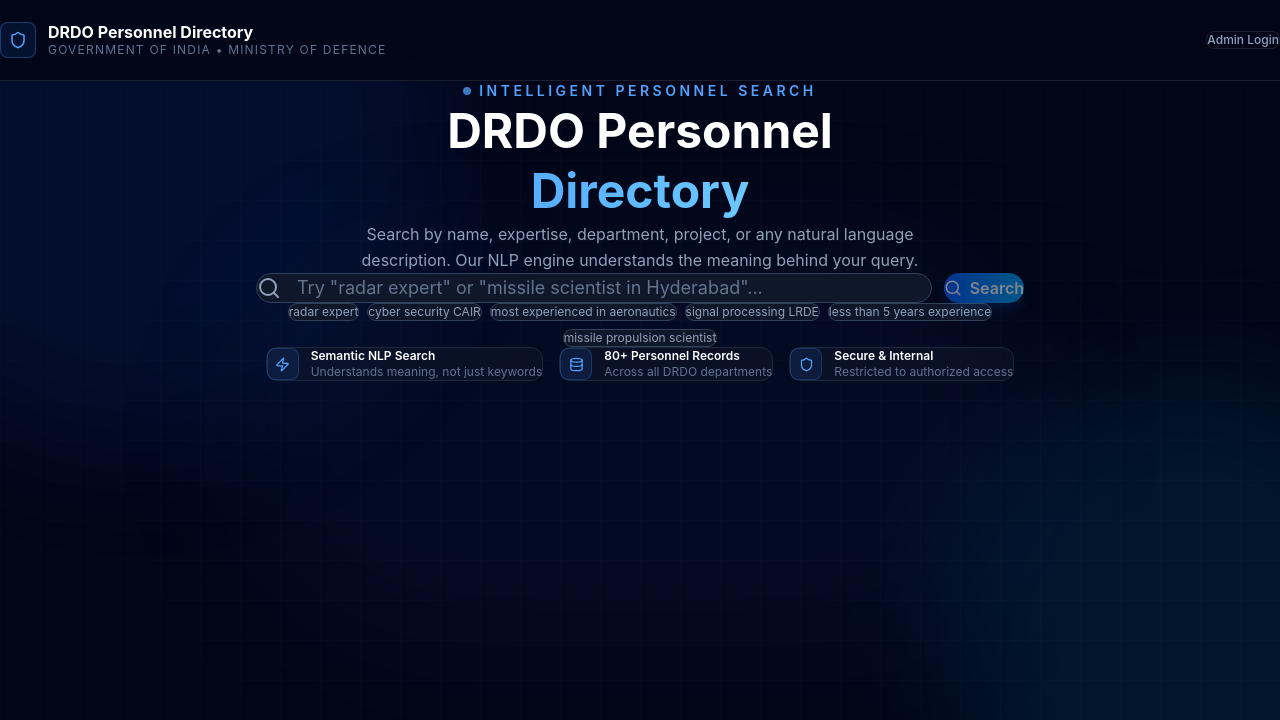
Repository: Mandeepigdtuw/DRDO-Directory
Page: / (app in frontend/)
These files come from the project's save history. The page is drawn as it stood at one moment and after the next save; the edit follows.
The browser window is 1280 px wide. The pictures show the whole page.
The project was rebuilt for these pictures with package versions that can differ from the ones it lists, and the page was loaded fresh each time. Also part of the build but not shown: frontend/vite.config.js, frontend/src/components/PersonnelCard.jsx, frontend/src/components/ProfileModal.jsx, frontend/src/pages/AdminLogin.jsx, frontend/src/pages/AdminDashboard.jsx, frontend/src/pages/ManagePersonnel.jsx, frontend/src/pages/AddPersonnel.jsx, frontend/src/pages/EditPersonnel.jsx and 2 more.

Above is the page before, as saved 2026-07-23 02:49:36.

### frontend/src/index.css
@import "tailwindcss";
@tailwind base;
@tailwind components;
@tailwind utilities;

* {
  margin: 0;
  padding: 0;
  box-sizing: border-box;
}

body {
  font-family: 'Inter', sans-serif;
  background-color: #0f172a;
  color: #e2e8f0;
}

### frontend/src/App.jsx
// src/App.jsx
import { BrowserRouter, Routes, Route, Navigate } from 'react-router-dom'
import SearchPage from './pages/SearchPage'
import AdminLogin from './pages/AdminLogin'
import AdminDashboard from './pages/AdminDashboard'
import ManagePersonnel from './pages/ManagePersonnel'
import AddPersonnel from './pages/AddPersonnel'
import EditPersonnel from './pages/EditPersonnel'
import AnalyticsDashboard from './pages/AnalyticsDashboard'
import ProtectedRoute from './components/ProtectedRoute'

export default function App() {
  return (
    <BrowserRouter>
      <Routes>
        {/* User Side - Public */}
        <Route path="/" element={<SearchPage />} />

        {/* Admin Login - Public */}
        <Route path="/admin/login" element={<AdminLogin />} />

        {/* Admin Side - Protected (need JWT token) */}
        <Route path="/admin" element={<ProtectedRoute />}>
          <Route path="dashboard" element={<AdminDashboard />} />
          <Route path="personnel" element={<ManagePersonnel />} />
          <Route path="personnel/add" element={<AddPersonnel />} />
          <Route path="personnel/edit/:employee_id" element={<EditPersonnel />} />
          <Route path="analytics" element={<AnalyticsDashboard />} />
        </Route>

        {/* Catch all unknown URLs → redirect to home */}
        <Route path="*" element={<Navigate to="/" />} />
      </Routes>
    </BrowserRouter>
  )
}

### frontend/src/pages/SearchPage.jsx
// src/pages/SearchPage.jsx
import { useState } from 'react'
import { Search, Loader2, Zap, Shield, Database } from 'lucide-react'
import Navbar from '../components/Navbar'
import PersonnelCard from '../components/PersonnelCard'
import ProfileModal from '../components/ProfileModal'
import { searchPersonnel, getAllPersonnelPublic } from '../services/api'

export default function SearchPage() {
  const [query, setQuery] = useState('')
  const [results, setResults] = useState([])
  const [loading, setLoading] = useState(false)
  const [searched, setSearched] = useState(false)
  const [selectedPerson, setSelectedPerson] = useState(null)
  const [error, setError] = useState('')

  const isExperienceQuery = (q) => {
    const lower = q.toLowerCase()
    return (
      lower.includes('maximum experience') ||
      lower.includes('most experience') ||
      lower.includes('most experienced') ||
      lower.includes('maximum years') ||
      lower.includes('highest experience') ||
      lower.includes('senior most') ||
      lower.includes('most senior') ||
      lower.includes('experienced scientist') ||
      lower.includes('experienced engineer')
    )
  }

  const isMinExperienceQuery = (q) => {
    const lower = q.toLowerCase()
    return (
      lower.includes('less than') ||
      lower.includes('fewer than') ||
      lower.includes('under') ||
      lower.includes('below') ||
      lower.includes('least experience') ||
      lower.includes('minimum experience') ||
      lower.includes('least experienced') ||
      lower.includes('junior') ||
      lower.includes('entry level') ||
      lower.includes('fresher') ||
      lower.includes('newest') ||
      lower.includes('youngest')
    )
  }

  const extractNumber = (q) => {
    const match = q.match(/\d+/)
    return match ? parseInt(match[0]) : null
  }

  const hasDomainContext = (q) => {
    const experienceWords = [
      'most', 'maximum', 'highest', 'senior', 'experienced',
      'scientist', 'engineer', 'in', 'the', 'field', 'of', 'with'
    ]
    const words = q.toLowerCase().split(' ')
    const domainWords = words.filter(w => w.length > 2 && !experienceWords.includes(w))
    return domainWords.length > 0
  }

  const handleSearch = async () => {
    if (!query.trim()) return
    setLoading(true)
    setError('')
    setSearched(false)

    try {
      let data = []

      if (isMinExperienceQuery(query)) {
        const response = await getAllPersonnelPublic()
        let all = [...response.data.results]
        const num = extractNumber(query)
        if (num !== null) all = all.filter(p => p.years_of_experience < num)
        data = all.sort((a, b) => a.years_of_experience - b.years_of_experience)
          .map((p, i) => ({ ...p, relevance_score: Math.max(0.99 - i * 0.01, 0.1) }))

      } else if (isExperienceQuery(query) && hasDomainContext(query)) {
        const response = await searchPersonnel(query + '&top_k=30')
        data = [...response.data.results]
          .sort((a, b) => b.years_of_experience - a.years_of_experience)
          .slice(0, 10)
          .map((p, i) => ({ ...p, relevance_score: Math.max(0.99 - i * 0.02, 0.1) }))

      } else if (isExperienceQuery(query)) {
        const response = await getAllPersonnelPublic()
        data = [...response.data.results]
          .sort((a, b) => b.years_of_experience - a.years_of_experience)
          .map((p, i) => ({ ...p, relevance_score: Math.max(0.99 - i * 0.01, 0.1) }))

      } else {
        const response = await searchPersonnel(query)
        data = response.data.results
      }

      setResults(data)
      setSearched(true)
    } catch (err) {
      setError('Search failed. Please make sure the backend server is running.')
    } finally {
      setLoading(false)
    }
  }

  const handleKeyDown = (e) => {
    if (e.key === 'Enter') handleSearch()
  }

  const hints = [
    'radar expert',
    'cyber security CAIR',
    'most experienced in aeronautics',
    'signal processing LRDE',
    'less than 5 years experience',
    'missile propulsion scientist',
  ]

  const features = [
    { icon: Zap, label: 'Semantic NLP Search', desc: 'Understands meaning, not just keywords' },
    { icon: Database, label: '80+ Personnel Records', desc: 'Across all DRDO departments' },
    { icon: Shield, label: 'Secure & Internal', desc: 'Restricted to authorized access' },
  ]

  return (
    <div className="min-h-screen bg-slate-950 text-white">

      {/* Background */}
      <div className="pointer-events-none fixed inset-0 z-0">
        <div className="absolute -left-40 -top-40 h-[600px] w-[600px] rounded-full bg-blue-600/10 blur-3xl" />
        <div className="absolute -bottom-40 -right-40 h-[500px] w-[500px] rounded-full bg-sky-500/10 blur-3xl" />
        <div className="absolute top-1/3 left-1/2 -translate-x-1/2 h-[400px] w-[800px] rounded-full bg-blue-900/10 blur-3xl" />
        <div
          className="absolute inset-0 opacity-[0.025]"
          style={{
            backgroundImage: 'linear-gradient(rgba(255,255,255,0.5) 1px, transparent 1px), linear-gradient(90deg, rgba(255,255,255,0.5) 1px, transparent 1px)',
            backgroundSize: '40px 40px',
          }}
        />
      </div>

      <div className="relative z-10 flex flex-col min-h-screen">
        <Navbar isAdmin={false} />

        {/* Hero Section */}
        <div className="flex flex-col items-center justify-center px-6 pt-24 pb-16">

          {/* Badge */}
          <div className="flex items-center gap-2 mb-6">
            <div className="w-2 h-2 rounded-full bg-blue-400 animate-pulse" />
            <span className="text-blue-400 text-sm font-semibold uppercase tracking-[0.25em]">
              Intelligent Personnel Search
            </span>
          </div>

          {/* Title */}
          <h1 className="text-5xl sm:text-4l lg:text-2l font-bold text-white text-center leading-tight mb-5">
            DRDO Personnel
            <span className="block text-transparent bg-clip-text bg-gradient-to-r from-blue-400 to-sky-300">
              Directory
            </span>
          </h1>

          {/* Subtitle */}
          <p className="text-slate-400 text-center text-base sm:text-md max-w-xl leading-relaxed mb-10">
            Search by name, expertise, department, project, or any natural language description.
            Our NLP engine understands the meaning behind your query.
          </p>

          {/* Search Bar */}
          <div className="w-full max-w-3xl flex gap-3 mb-6">
            <div className="flex-1 flex items-center bg-slate-900 border border-slate-700 hover:border-slate-500 focus-within:border-blue-500 focus-within:ring-4 focus-within:ring-blue-500/10 rounded-2xl px-5 gap-4 transition-xl">
              <Search className="text-slate-400 shrink-0" size={24} />
              <input
                type="text"
                value={query}
                onChange={(e) => setQuery(e.target.value)}
                onKeyDown={handleKeyDown}
                placeholder='Try "radar expert" or "missile scientist in Hyderabad"...'
                className="flex-1 bg-transparent text-white py-6 outline-none placeholder-slate-500 text-lg"
              />
              {query && (
                <button
                  onClick={() => { setQuery(''); setResults([]); setSearched(false) }}
                  className="text-slate-500 hover:text-white transition text-2xl leading-none shrink-0"
                >
                  ×
                </button>
              )}
            </div>
            <button
              onClick={handleSearch}
              disabled={loading || !query.trim()}
              className="flex items-center gap-2 bg-gradient-to-r from-blue-600 to-sky-500 hover:opacity-90 disabled:opacity-50 disabled:cursor-not-allowed text-white px-8 rounded-2xl font-semibold text-base shadow-lg shadow-blue-500/20 transition whitespace-nowrap"
            >
              {loading
                ? <Loader2 size={20} className="animate-spin" />
                : <Search size={18} />}
              {loading ? 'Searching...' : 'Search'}
            </button>
          </div>

          {/* Hint chips */}
          <div className="flex flex-wrap gap-2 justify-center max-w-3xl mb-12">
            {hints.map((hint) => (
              <button
                key={hint}
                onClick={() => setQuery(hint)}
                className="text-xs text-slate-400 hover:text-blue-300 bg-slate-900 hover:bg-slate-800 border border-slate-700 hover:border-blue-500/40 px-4 py-2 rounded-full transition-all"
              >
                {hint}
              </button>
            ))}
          </div>

          {/* Feature badges — shown only when no search done */}
          {!searched && (
            <div className="flex flex-wrap gap-4 justify-center">
              {features.map((f) => (
                <div key={f.label} className="flex items-center gap-3 bg-slate-900/60 border border-slate-800 rounded-xl px-5 py-3">
                  <div className="flex h-8 w-8 items-center justify-center rounded-lg bg-blue-500/10 border border-blue-400/20">
                    <f.icon size={15} className="text-blue-400" />
                  </div>
                  <div>
                    <p className="text-white text-xs font-semibold">{f.label}</p>
                    <p className="text-slate-500 text-xs">{f.desc}</p>
                  </div>
                </div>
              ))}
            </div>
          )}
        </div>

        {/* Results Section */}
        <div className="flex-1 w-full px-6 sm:px-10 lg:px-16 pb-16">

          {error && (
            <div className="text-red-400 bg-red-400/10 border border-red-400/20 rounded-xl p-4 text-center mb-6 text-sm max-w-3xl mx-auto">
              {error}
            </div>
          )}

          {searched && (
            <div className="flex items-center justify-between mb-6 max-w-7xl mx-auto">
              <p className="text-slate-400 text-sm">
                {results.length > 0
                  ? <span><span className="text-white font-semibold">{results.length}</span> results for <span className="text-blue-400">"{query}"</span> — ranked by relevance</span>
                  : <span>No results found for <span className="text-blue-400">"{query}"</span></span>
                }
              </p>
            </div>
          )}

          {results.length > 0 && (
            <div className="grid grid-cols-1 md:grid-cols-2 xl:grid-cols-3 gap-4 max-w-7xl mx-auto">
              {results.map((person, index) => (
                <PersonnelCard
                  key={person.employee_id}
                  person={person}
                  rank={index + 1}
                  onClick={() => setSelectedPerson(person)}
                />
              ))}
            </div>
          )}

          {searched && results.length === 0 && (
            <div className="text-center py-20 text-slate-500">
              <Search size={52} className="mx-auto mb-5 opacity-20" />
              <p className="text-xl font-medium text-slate-400 mb-2">No personnel found</p>
              <p className="text-sm">Try different keywords or a broader description</p>
            </div>
          )}
        </div>
      </div>

      {selectedPerson && (
        <ProfileModal
          person={selectedPerson}
          onClose={() => setSelectedPerson(null)}
        />
      )}
    </div>
  )
}

### frontend/src/components/Navbar.jsx
// src/components/Navbar.jsx
import { Link, useNavigate, useLocation } from 'react-router-dom'
import { Shield, LogOut, Users, BarChart2, Plus, Search } from 'lucide-react'

export default function Navbar({ isAdmin = false }) {
  const navigate = useNavigate()
  const location = useLocation()

  const handleLogout = () => {
    localStorage.removeItem('admin_token')
    navigate('/admin/login')
  }

  const isActive = (path) =>
    location.pathname === path ||
    location.pathname.startsWith(path + '/')

  if (!isAdmin) {
    return (
      <nav className="w-full border-b border-white/10 bg-slate-950/90 backdrop-blur-xl">
        <div className="flex h-20 w-full items-center justify-between px-6 sm:px-10 lg:px-16">
          <div className="flex items-center gap-3">
            <div className="flex h-9 w-9 items-center justify-center rounded-lg border border-blue-400/30 bg-blue-500/10">
              <Shield size={18} className="text-blue-400" />
            </div>
            <div>
              <p className="text-base font-bold text-white leading-tight">
                DRDO Personnel Directory
              </p>
              <p className="text-xs uppercase tracking-widest text-slate-500">
                Government of India • Ministry of Defence
              </p>
            </div>
          </div>
          <Link
            to="/admin/login"
            className="text-xs font-medium text-slate-400 hover:text-blue-400 transition border border-white/10 hover:border-blue-400/30 px-4 py-2 rounded-lg"
          >
            Admin Login
          </Link>
        </div>
      </nav>
    )
  }

  const navLinks = [
    { to: '/admin/dashboard', label: 'Dashboard', icon: Shield },
    { to: '/admin/personnel', label: 'Personnel', icon: Users },
    { to: '/admin/personnel/add', label: 'Add', icon: Plus },
    { to: '/admin/analytics', label: 'Analytics', icon: BarChart2 },
  ]

  return (
    <nav className="w-full border-b border-white/10 bg-slate-950/90 backdrop-blur-xl">
      <div className="flex h-20 w-full items-center justify-between px-6 sm:px-10 lg:px-16">

        {/* Left — Branding */}
        <div className="flex items-center gap-3 shrink-0">
          <div className="flex h-9 w-9 items-center justify-center rounded-lg border border-blue-400/30 bg-blue-500/10">
            <Shield size={18} className="text-blue-400" />
          </div>
          <div className="hidden sm:block">
            <p className="text-sm font-bold text-white leading-tight">DRDO Admin</p>
            <p className="text-[10px] uppercase tracking-widest text-slate-500">
              Personnel Directory
            </p>
          </div>
        </div>

        {/* Center — Nav Links */}
        <div className="flex items-center gap-1">
          <Link
            to="/"
            className="flex items-center gap-2 px-4 py-2 rounded-lg text-sm font-medium text-slate-400 hover:text-white hover:bg-white/5 transition"
          >
            <Search size={16} />
            <span className="hidden sm:block">Search</span>
          </Link>

          {navLinks.map((link) => {
            const active = isActive(link.to)
            return (
              <Link
                key={link.to}
                to={link.to}
                className={
                  'flex items-center gap-2 px-4 py-2 rounded-lg text-sm font-medium transition ' +
                  (active
                    ? 'bg-blue-500/15 text-blue-400 border border-blue-400/20'
                    : 'text-slate-400 hover:text-white hover:bg-white/5')
                }
              >
                <link.icon size={16} />
                <span className="hidden sm:block">{link.label}</span>
              </Link>
            )
          })}
        </div>

        {/* Right — Logout */}
        <button
          onClick={handleLogout}
          className="flex items-center gap-2 px-4 py-2 rounded-lg text-sm font-medium text-slate-400 hover:text-red-400 hover:bg-red-400/5 border border-transparent hover:border-red-400/20 transition shrink-0"
        >
          <LogOut size={16} />
          <span className="hidden sm:block">Logout</span>
        </button>

      </div>
    </nav>
  )
}

### frontend/src/services/api.js
// src/services/api.js
import axios from 'axios'

const BASE_URL = 'http://localhost:8000'

// Create axios instance pointing to our backend
const api = axios.create({
  baseURL: BASE_URL,
})

// Automatically attach JWT token to every request if it exists
api.interceptors.request.use((config) => {
  const token = localStorage.getItem('admin_token')
  if (token) {
    config.headers.Authorization = `Bearer ${token}`
  }
  return config
})

// ─── AUTH ────────────────────────────────────────
export const loginAdmin = (username, password) =>
  api.post('/auth/login', { username, password })

// ─── SEARCH ──────────────────────────────────────
export const searchPersonnel = (query) =>
  api.get(`/search/?q=${encodeURIComponent(query)}`)


// ─── ADMIN PERSONNEL ─────────────────────────────
export const getAllPersonnel = () =>
  api.get('/admin/personnel')

export const getPersonById = (employee_id) =>
  api.get(`/admin/personnel/${employee_id}`)

export const addPersonnel = (data) =>
  api.post('/admin/personnel', data)

export const updatePersonnel = (employee_id, data) =>
  api.put(`/admin/personnel/${employee_id}`, data)

export const deletePersonnel = (employee_id) =>
  api.delete(`/admin/personnel/${employee_id}`)

// ─── ANALYTICS ───────────────────────────────────
export const getAnalyticsSummary = () =>
  api.get('/admin/analytics/summary')

export const getTopSearches = () =>
  api.get('/admin/analytics/top-searches')

export const getSearchTrends = () =>
  api.get('/admin/analytics/trends')

export const getDepartmentStats = () =>
  api.get('/admin/analytics/department-stats')

export const getZeroResults = () =>
  api.get('/admin/analytics/zero-results')

// Add this to the bottom of src/services/api.js
export const getAllPersonnelPublic = () =>
  api.get('/search/all')

Loaded but not shown: frontend/src/main.jsx (common file)

After the next save:
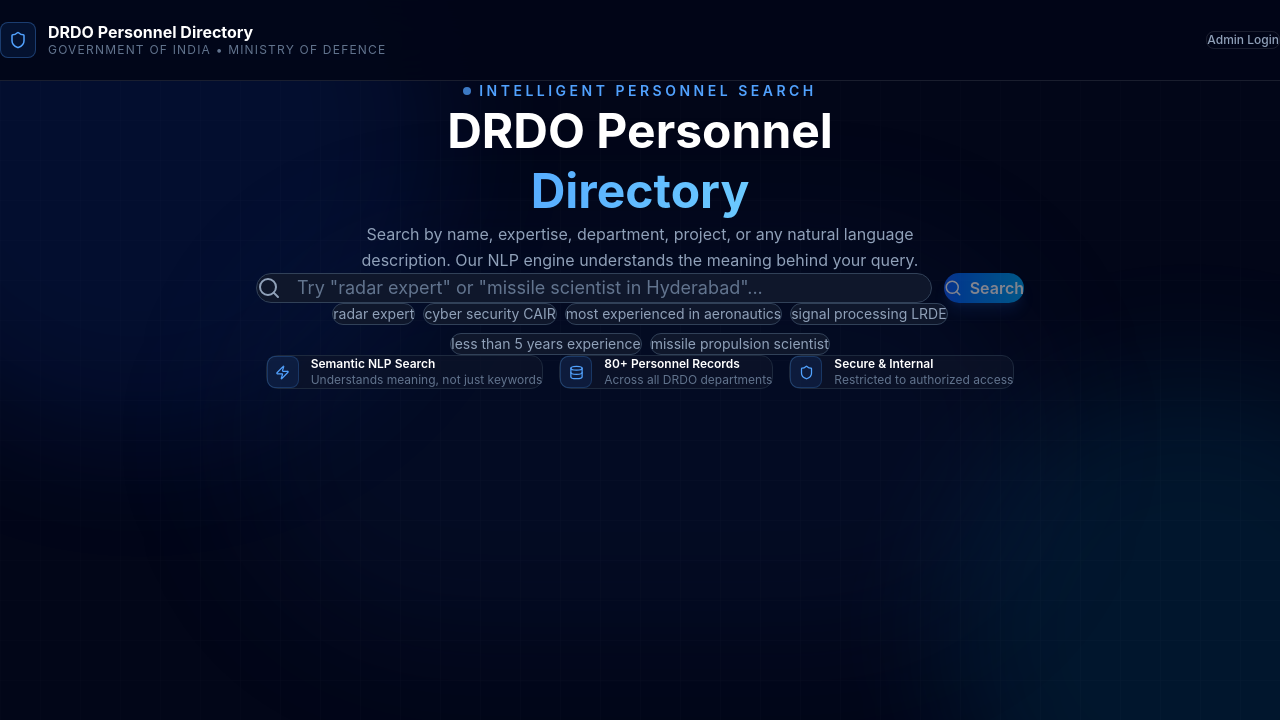
Saved 3 min 25 s later.
--- a/frontend/src/pages/SearchPage.jsx
+++ b/frontend/src/pages/SearchPage.jsx
@@ -209,7 +209,7 @@
               <button
                 key={hint}
                 onClick={() => setQuery(hint)}
-                className="text-xs text-slate-400 hover:text-blue-300 bg-slate-900 hover:bg-slate-800 border border-slate-700 hover:border-blue-500/40 px-4 py-2 rounded-full transition-all"
+                className="text-sm text-slate-400 hover:text-blue-300 bg-slate-900 hover:bg-slate-800 border border-slate-700 hover:border-blue-500/40 px-5 py-2.5 rounded-full transition-all"
               >
                 {hint}
               </button>
